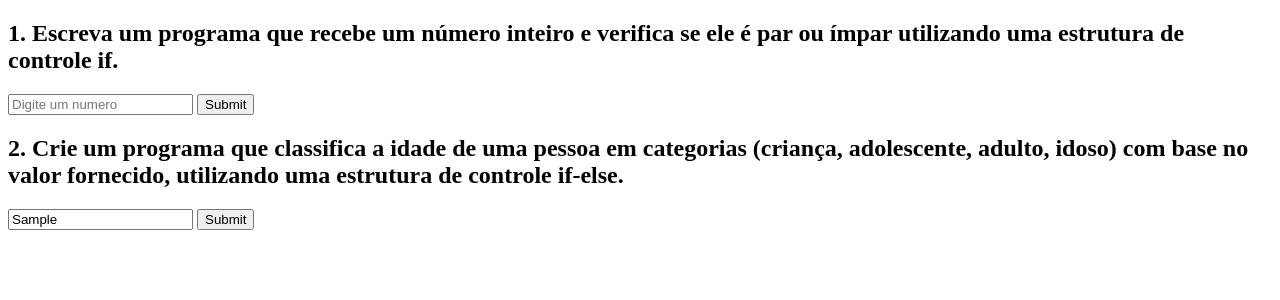
Repository: chidekina/prati-logica
Page: index.html
These files come from the project's save history. The page is drawn as it stood at one moment and after the next save; the edit follows.
The browser window is 1280 px wide. The pictures show the whole page.
Empty fields were first filled with sample values (such as "Sample", 5 or name@example.com).
After loading, the first visible `input[onclick="parOuImpar()"]` was clicked once.

Above is the page before, as saved 2025-04-29 13:56:42.

After the next save:
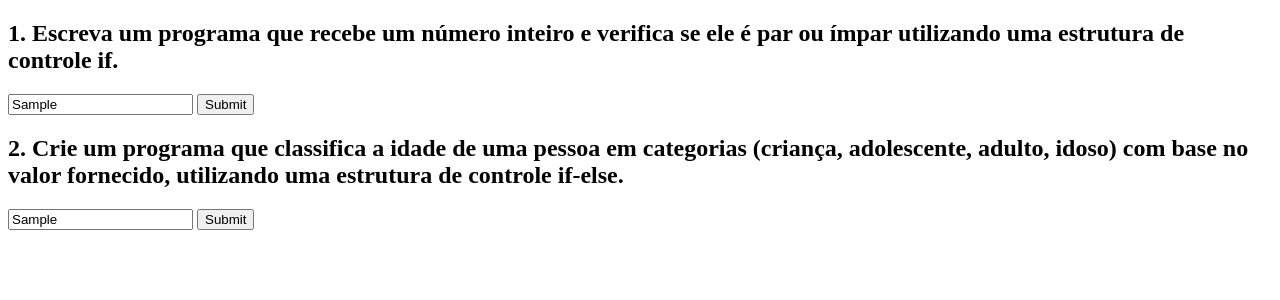
Console error: SyntaxError: Unexpected token '}'
Saved 11 s later.
--- a/app.js
+++ b/app.js
@@ -6,7 +6,7 @@
   if (isNaN(numero)) {
     alert("Digite um número válido.");
   } else {
-
+    `O número ${}`
   }
   task1.value = '';
 }

After the 2 saves that followed:
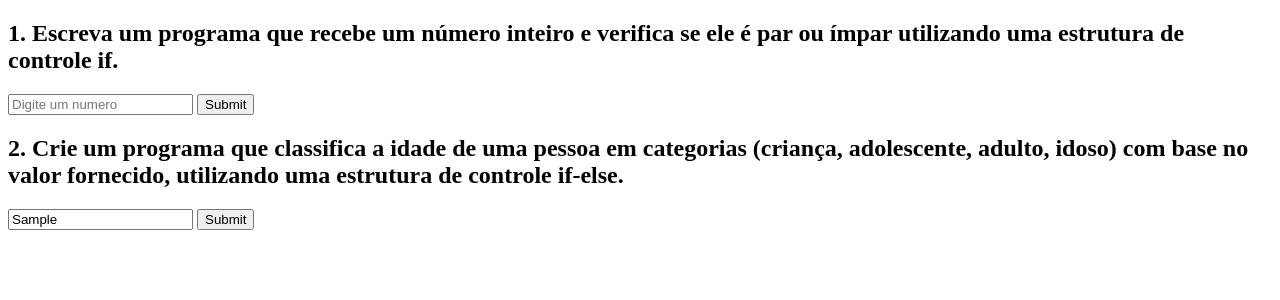
The error is gone.
The 2 saves are shown as one change because they came seconds apart.
The last was saved 6 s later.
--- a/app.js
+++ b/app.js
@@ -6,7 +6,7 @@
   if (isNaN(numero)) {
     alert("Digite um número válido.");
   } else {
-    `O número ${}`
+    `O número ${numero}`
   }
   task1.value = '';
 }
